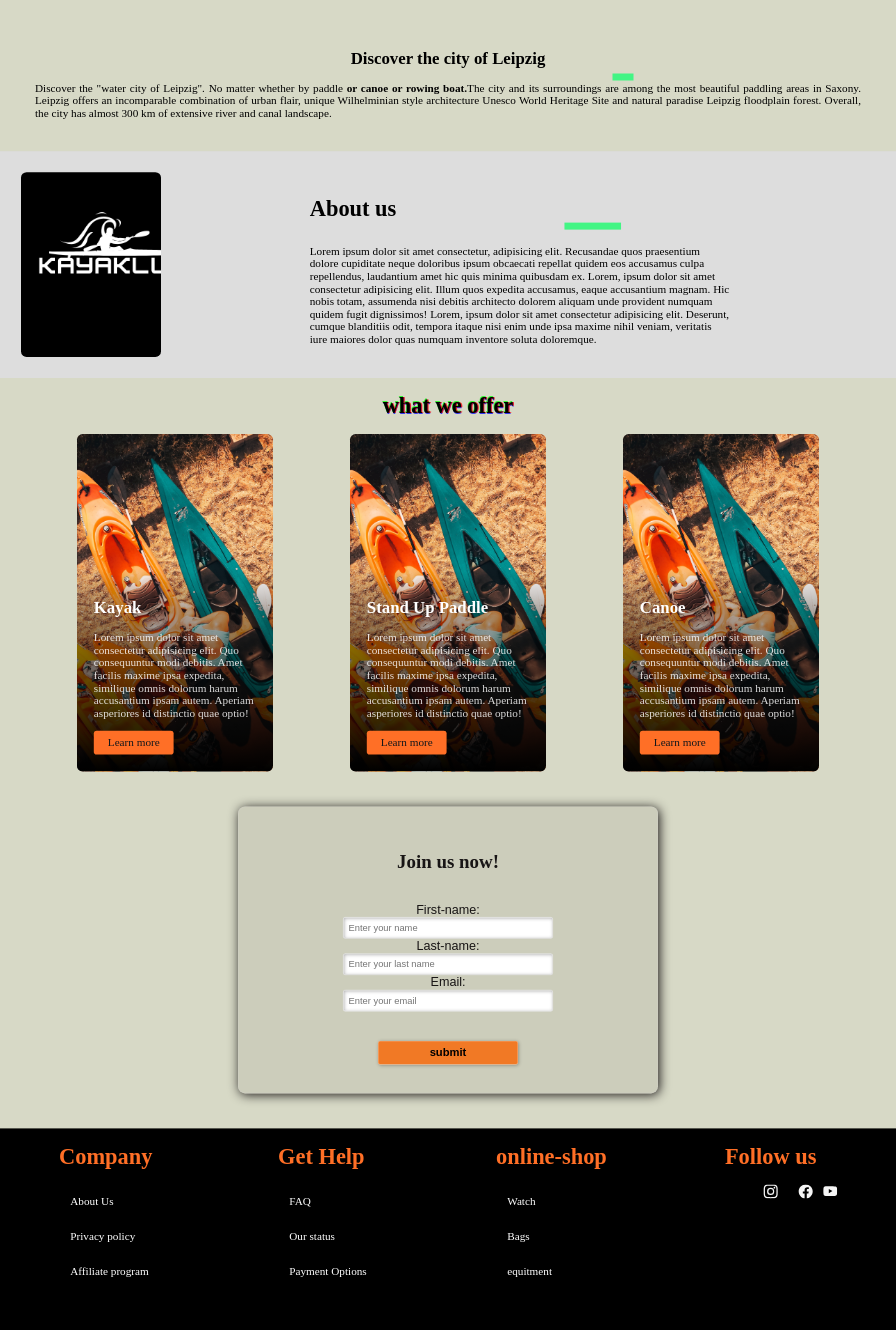
Repository: joseluis2289/Responsive-club-website
Page: index.html
These files come from the project's save history. The page is drawn as it stood at one moment and after the next save; the edit follows.
The browser window is 1280 px wide. The pictures show the part of the page from y = 770 to 2670 px (the page is 2671 px tall), at 70% of full size.
Some web fonts or font styles are not loaded; a fallback is used.

Above is the page before, as saved 2021-08-25 10:30:16.

After the next save:
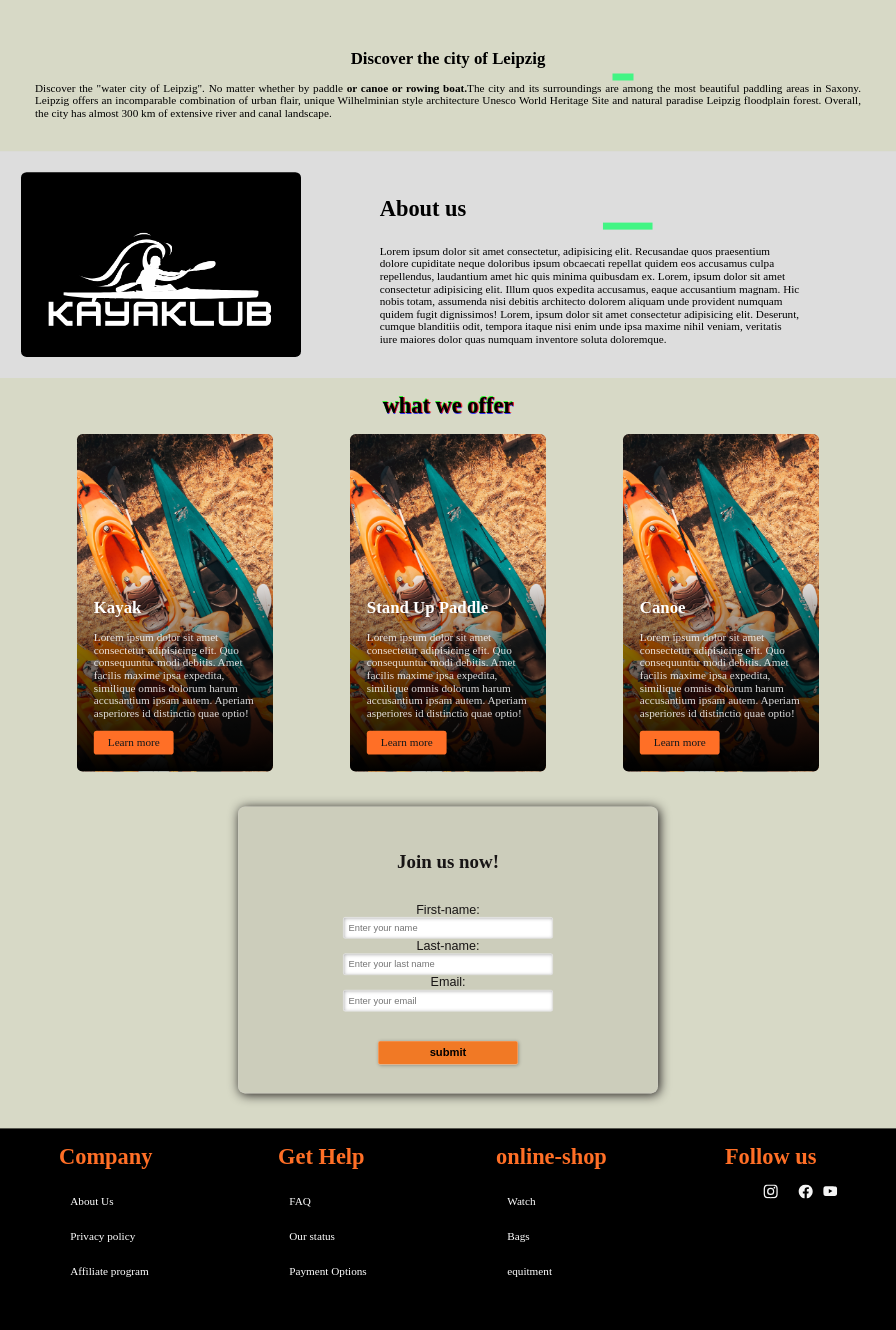
Saved 5 s later.
--- a/style.css
+++ b/style.css
@@ -160,7 +160,7 @@ body{
     /* ch is 35 character wide */
      /* max-width: 75ch;
      max-height: 60vh; */
-     width: 200px;
+     width: 400px;
     border-radius: 0.5rem;
 }
 .aboutUs-text{
